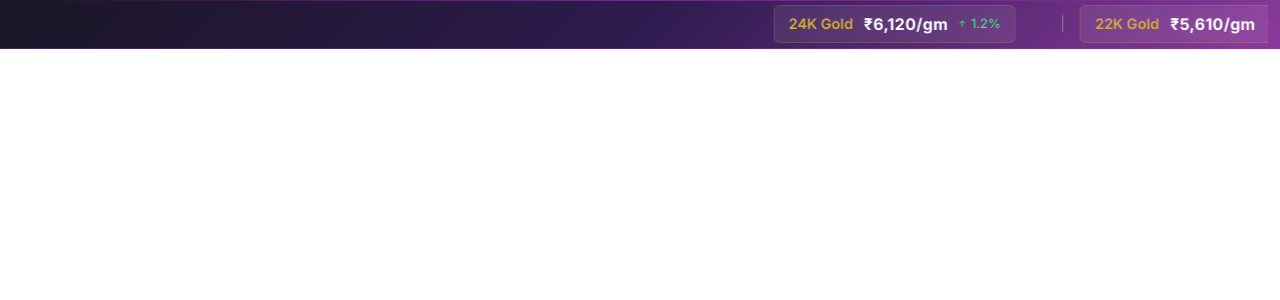
Repository: Vaishnavi323/SonaChandi
Page: http://localhost/sonachandi/application/views/demo.php
The author's editor kept a copy of each file at every save. The page is drawn from the files as they stood at one save, then again after the next save.
The browser window is 1280 px wide. The pictures show the whole page.
The page is run by PHP 8.4 with error messages shown; the project is at /var/www/html/.

Above is the page before, as saved 2025-06-12 12:34:48.

After the next save:
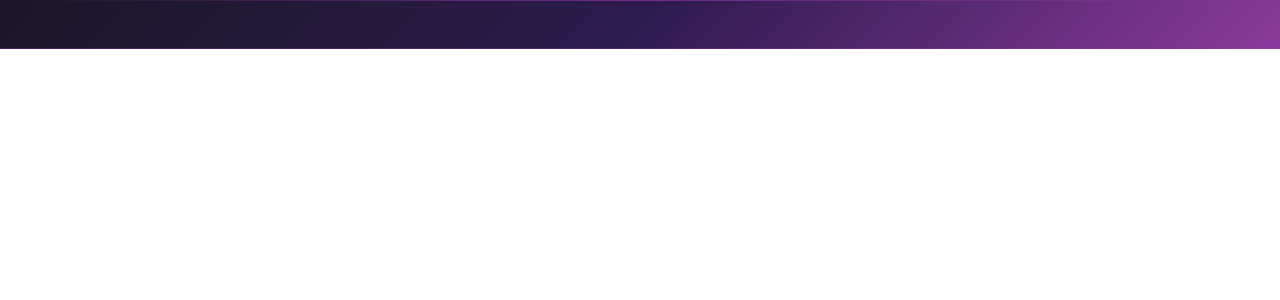
Saved 104 s later.
--- a/application/views/demo.php
+++ b/application/views/demo.php
@@ -275,10 +275,8 @@
 <body>
     <div class="gold-rates-bar">
         <div class="container-fluid d-flex align-items-center">
-
-
             <div class="scroll-wrapper">
-                <div class="rates-ticker">
+                <marquee behavior="scroll" direction="left" scrollamount="18" class="rates-ticker" onmouseover="this.stop();" onmouseout="this.start();">
                     <div class="rate-segment">
                         <span class="metal-name">24K Gold</span>
                         <span class="metal-price">₹6,120/gm</span>
@@ -286,9 +284,7 @@
                             <i class="bi bi-arrow-up-short"></i>1.2%
                         </span>
                     </div>
-
                     <span class="separator">|</span>
-
                     <div class="rate-segment">
                         <span class="metal-name">22K Gold</span>
                         <span class="metal-price">₹5,610/gm</span>
@@ -296,9 +292,7 @@
                             <i class="bi bi-arrow-up-short"></i>0.8%
                         </span>
                     </div>
-
                     <span class="separator">|</span>
-
                     <div class="rate-segment">
                         <span class="metal-name">18K Gold</span>
                         <span class="metal-price">₹4,590/gm</span>
@@ -306,9 +300,7 @@
                             <i class="bi bi-arrow-down-short"></i>0.3%
                         </span>
                     </div>
-
                     <span class="separator">|</span>
-
                     <div class="rate-segment">
                         <span class="metal-name">Silver</span>
                         <span class="metal-price">₹75.50/gm</span>
@@ -316,14 +308,16 @@
                             <i class="bi bi-arrow-up-short"></i>2.1%
                         </span>
                     </div>
-
                     <span class="separator">|</span>
-
-                    <div class="update-info">
+                    <span class="update-info">
                         <div class="live-indicator"></div>
                         <i class="bi bi-clock"></i>
                         Updated: 12 June 2025, 15:45 IST
-                    </div>
+                    </span>
+                </marquee>
+            </div>
+        </div>
+    </div>
                 </div>
             </div>
         </div>
